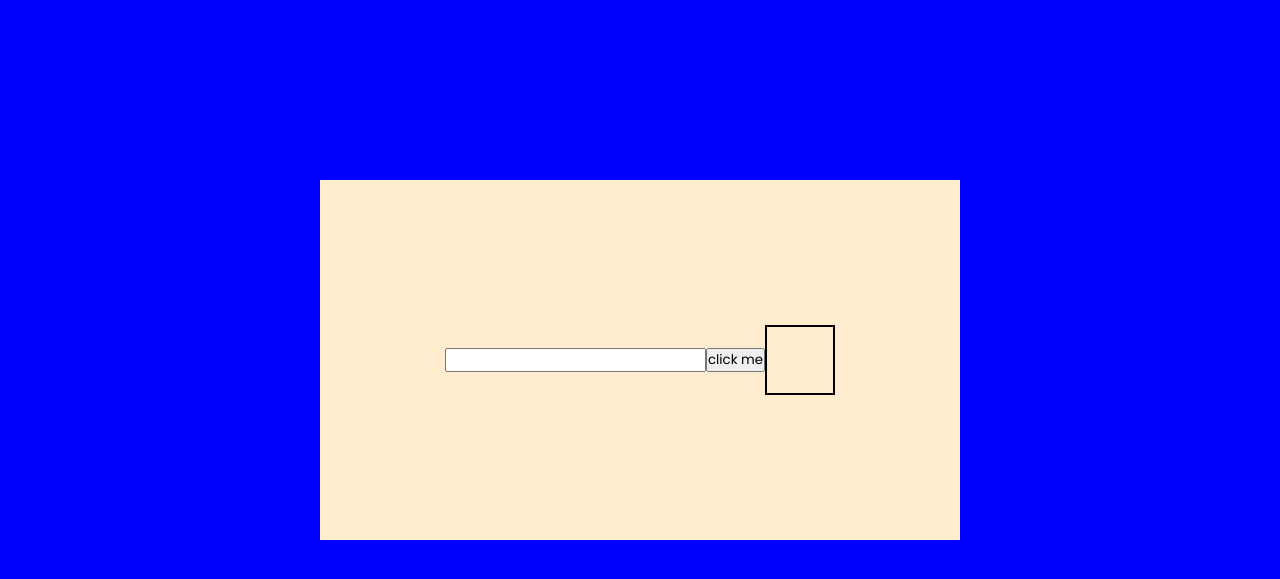
Repository: NarekTovmasyan/promise
Page: inex.html
These files come from the project's save history. The page is drawn as it stood at one moment and after the next save; the edit follows.
The browser window is 1280 px wide. The pictures show the whole page.

Above is the page before, as saved 2022-02-21 20:38:38.

After the next save:
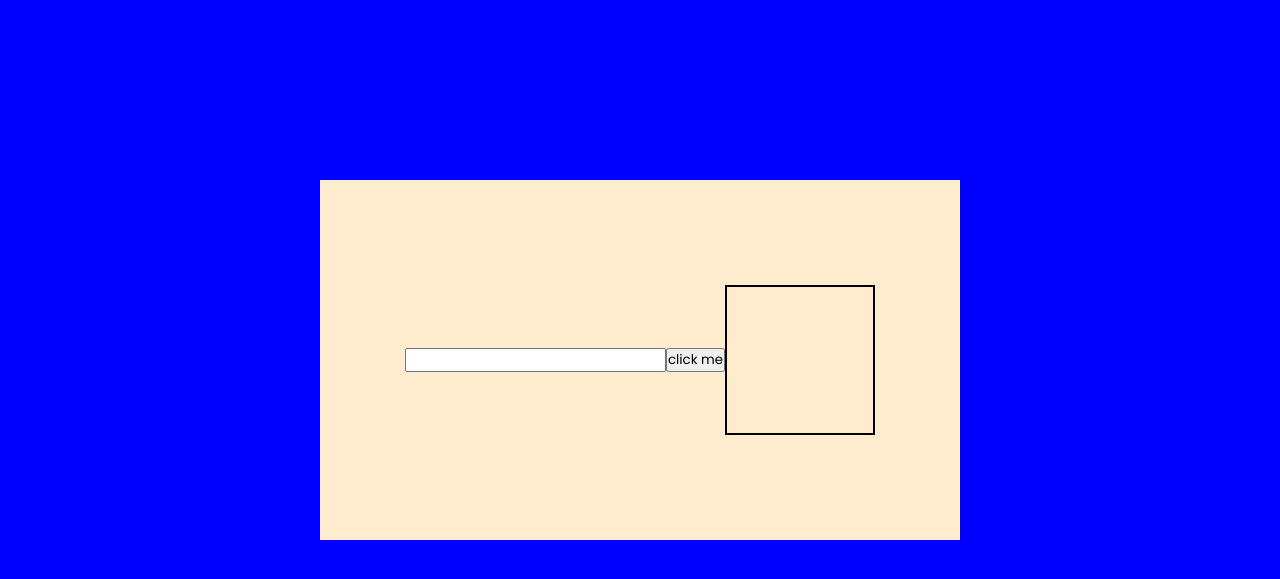
Saved 100 s later.
--- a/style.css
+++ b/style.css
@@ -38,6 +38,6 @@
 
 .table {
     border: 2px solid black;
-    width: 70px;
-    height: 70px;
+    width: 150px;
+    height: 150px;
 }
